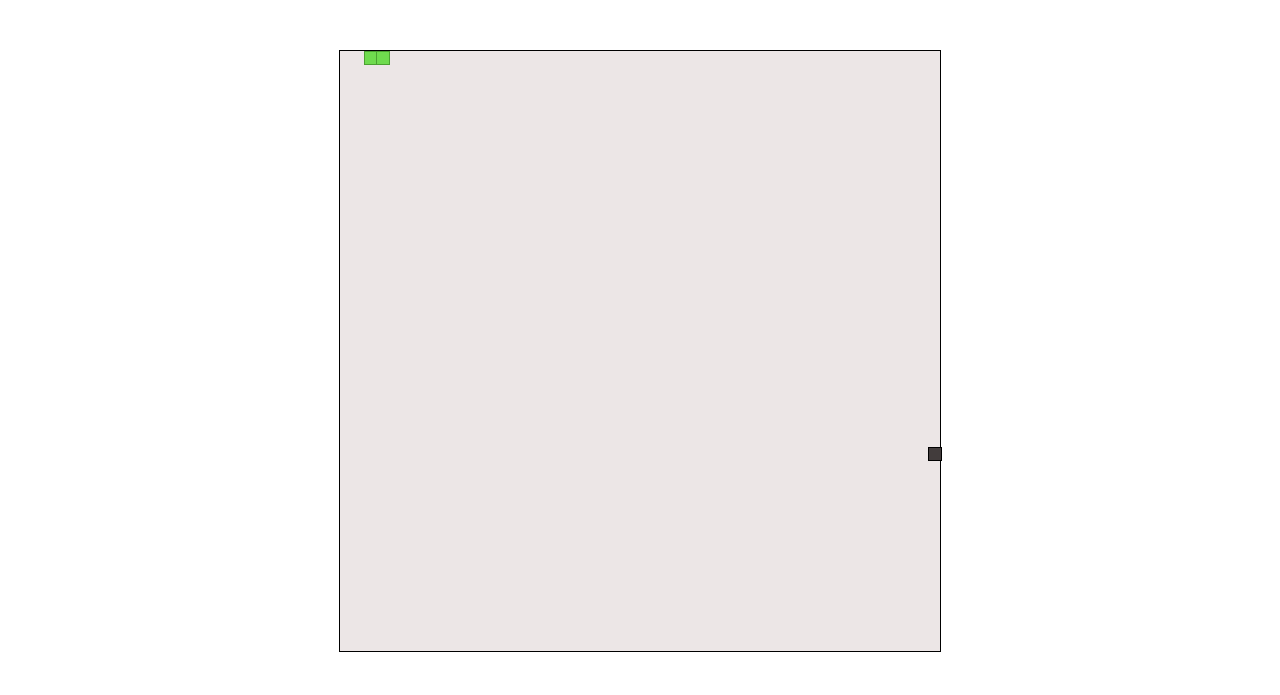
Repository: Krashgul/React_Snake_Game
Page: /
An editor plug-in stored every save of this project. The page is shown before and after the next save, followed by the edit.
The browser window is 1280 px wide. The pictures show the whole page.
The project was rebuilt for these pictures with package versions that can differ from the ones it lists, and the page was loaded fresh each time.

Above is the page before, as saved 2021-03-02 00:29:01.

After the next save:
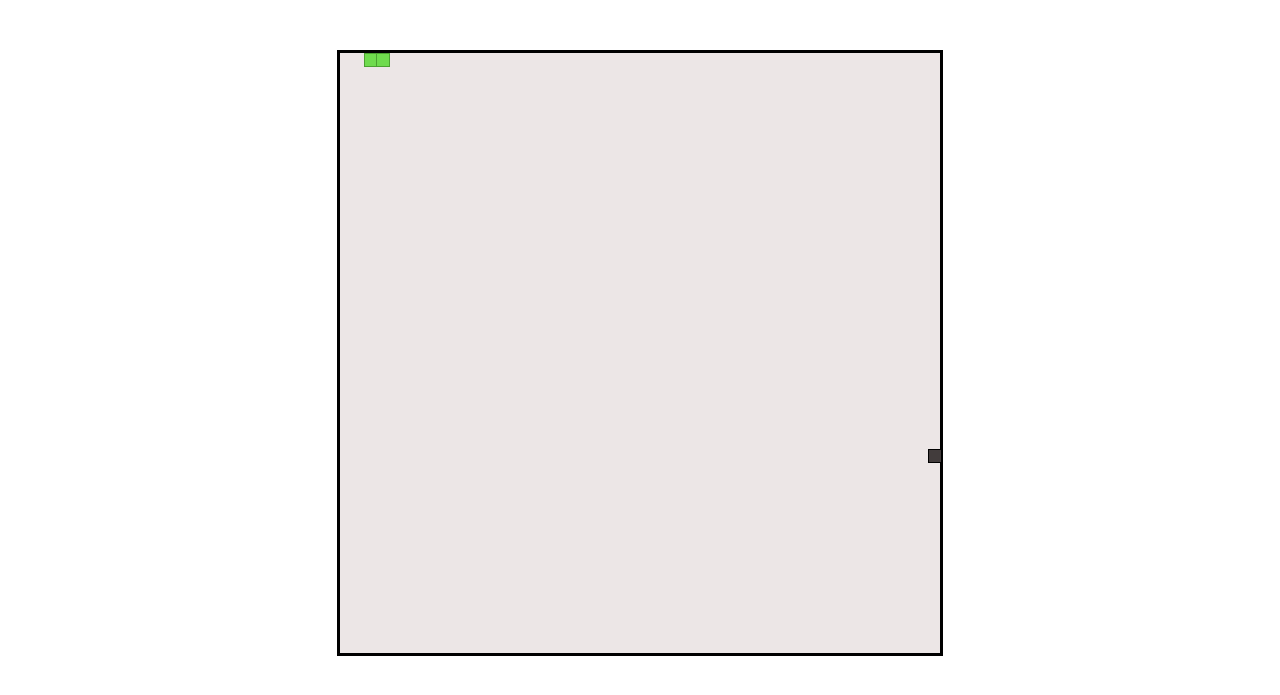
Saved 4 s later.
--- a/src/index.css
+++ b/src/index.css
@@ -4,7 +4,7 @@
   width: 600px;
   height: 600px;
   background-color: rgb(236, 230, 230);
-  border: 1px solid #000;
+  border: 3px solid #000;
 }
 
 .snake-dot {
